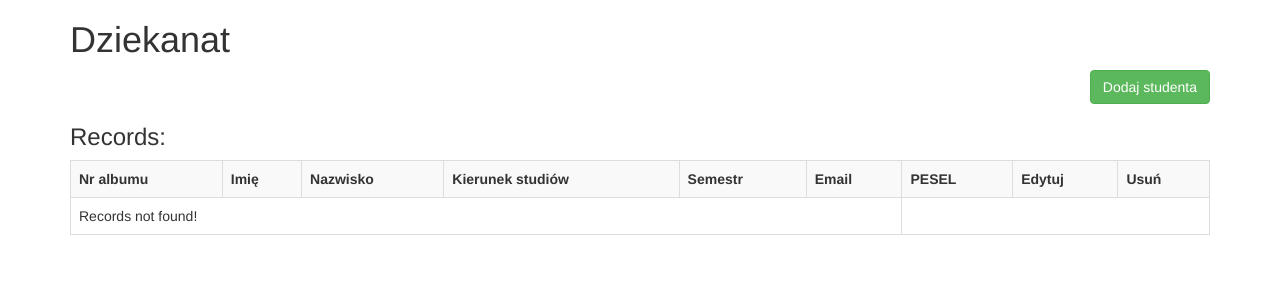
Repository: wojciechDrozd/php
Page: http://localhost/
An editor plug-in stored every save of this project. The page is shown before and after the next save, followed by the edit.
The browser window is 1280 px wide. The pictures show the whole page.
Some web libraries are served in a nearby version. The page is run by PHP 8.4 with error messages shown; the project is at /var/www/html/. Queries for data that is not in the repository find no rows.

Above is the page before, as saved 2017-04-10 19:04:02.

### 1/CRUDexample/index.php
<!DOCTYPE html>
<html lang="en">
<head>
    <meta charset="UTF-8">
    <title>PHP and MySQL CRUD Operations Demo</title>

 <!-- Jquery JS file -->
<script type="text/javascript" src="https://ajax.googleapis.com/ajax/libs/jquery/3.2.1/jquery.min.js"></script>

<!-- Bootstrap JS file -->
<script type="text/javascript" src="https://maxcdn.bootstrapcdn.com/bootstrap/3.3.7/js/bootstrap.min.js"></script>

<!-- Custom JS file -->
<script type="text/javascript" src="js/script.js"></script>
    <!-- Bootstrap CSS File  -->
    <link rel="stylesheet" type="text/css" href="https://maxcdn.bootstrapcdn.com/bootstrap/3.3.7/css/bootstrap.min.css"/>
</head>
<body>

<!-- Content Section -->
<div class="container">
    <div class="row">
        <div class="col-md-12">
            <h1>Dziekanat</h1>
        </div>
    </div>
    <div class="row">
        <div class="col-md-12">
            <div class="pull-right">
                <button class="btn btn-success" data-toggle="modal" data-target="#add_new_record_modal">Dodaj studenta</button>
            </div>
        </div>
    </div>
    <div class="row">
        <div class="col-md-12">
            <h3>Records:</h3>

            <div class="records_content"></div>
        </div>
    </div>
</div>
<!-- /Content Section -->


<!-- Bootstrap Modals -->
<!-- Modal - Add New Record/User -->
<div class="modal fade" id="add_new_record_modal" tabindex="-1" role="dialog" aria-labelledby="myModalLabel">
    <div class="modal-dialog" role="document">
        <div class="modal-content">
            <div class="modal-header">
                <button type="button" class="close" data-dismiss="modal" aria-label="Close"><span aria-hidden="true">&times;</span></button>
                <h4 class="modal-title" id="myModalLabel">Add New Record</h4>
            </div>
            <div class="modal-body">

                <div class="form-group">
                    <label for="first_name">First Name</label>
                    <input type="text" id="first_name" placeholder="First Name" class="form-control"/>
                </div>

                <div class="form-group">
                    <label for="last_name">Last Name</label>
                    <input type="text" id="last_name" placeholder="Last Name" class="form-control"/>
                </div>

                <div class="form-group">
                    <label for="email">Email Address</label>
                    <input type="text" id="email" placeholder="Email Address" class="form-control"/>
                </div>

            </div>
            <div class="modal-footer">
                <button type="button" class="btn btn-default" data-dismiss="modal">Anuluj</button>
                <button type="button" class="btn btn-primary" onclick="addRecord()">Zapisz</button>
            </div>
        </div>
    </div>
</div>
<!-- // Modal -->

<!-- Modal - Update User details -->
<div class="modal fade" id="update_user_modal" tabindex="-1" role="dialog" aria-labelledby="myModalLabel">
    <div class="modal-dialog" role="document">
        <div class="modal-content">
            <div class="modal-header">
                <button type="button" class="close" data-dismiss="modal" aria-label="Close"><span aria-hidden="true">&times;</span></button>
                <h4 class="modal-title" id="myModalLabel">Edytuj</h4>
            </div>
            <div class="modal-body">

                <div class="form-group">
                    <label for="update_first_name">Imię</label>
                    <input type="text" id="update_first_name" placeholder="First Name" class="form-control"/>
                </div>

                <div class="form-group">
                    <label for="update_last_name">Nazwisko</label>
                    <input type="text" id="update_last_name" placeholder="Last Name" class="form-control"/>
                </div>

                <div class="form-group">
                    <label for="update_email">Email</label>
                    <input type="text" id="update_email" placeholder="Email Address" class="form-control"/>
                </div>

            </div>
            <div class="modal-footer">
                <button type="button" class="btn btn-default" data-dismiss="modal">Cancel</button>
                <button type="button" class="btn btn-primary" onclick="UpdateUserDetails()" >Save Changes</button>
                <input type="hidden" id="hidden_user_id">
            </div>
        </div>
    </div>
</div>
<!-- // Modal -->


</body>
</html>

### 1/CRUDexample/ajax/readRecords.php
<?php
// include Database connection file
include("db_connection.php");

// nagłówek tabeli studenci
$data = '<table class="table table-bordered table-striped">
                        <tr>
                            <th>Nr albumu</th>
                            <th>Imię</th>
                            <th>Nazwisko</th>
                            <th>Kierunek studiów</th>
							<th>Semestr</th>
							<th>Email</th>
							<th>PESEL</th>
                            <th>Edytuj</th>
                            <th>Usuń</th>
                        </tr>';

$query = "SELECT * FROM studenci";

if (!$result = mysqli_query($con, $query)) {
	exit(mysqli_error($con));
}

// if query results contains rows then featch those rows
if(mysqli_num_rows($result) > 0)
{
	while($row = mysqli_fetch_assoc($result))
	{
		$data .= '<tr>
                <td>'.$row['nr albumu'].'</td>
                <td>'.$row['imie'].'</td>
                <td>'.$row['nazwisko'].'</td>
                <td>'.$row['kierunek studiow'].'</td>
               	<td>'.$row['semestr'].'</td>
                <td>'.$row['email'].'</td>
                <td>'.$row['pesel'].'</td>
                <td>
                <button onclick="GetUserDetails('.$row['nr albumu'].')" class="btn btn-warning">Edytuj</button>
                </td>
                <td>
                    <button onclick="DeleteUser('.$row['nr albumu'].')" class="btn btn-danger">Usuń</button>
                </td>
            </tr>';
	}
}
else
{
	// records now found
	$data .= '<tr><td colspan="6">Records not found!</td></tr>';
}

$data .= '</table>';

echo $data;
?>

### 1/CRUDexample/ajax/db_connection.php
<?php

// Connection variables
$host = "localhost"; // MySQL host name eg. localhost
$user = "root"; // MySQL user. eg. root ( if your on localserver)
$password = ""; // MySQL user password (if password is not set for your root user then keep it empty )
$database = "dziekanat"; // MySQL Database name

// Connect to MySQL Database
try {
	$con = new mysqli ( $host, $user, $password, $database );
} catch ( Exception $e ) {
	"Connection failed: " . $con->connect_error;
}

?>

### 1/CRUDexample/js/script.js
// Add Record
function addRecord() {
    // get values
    var first_name = $("#first_name").val();
    var last_name = $("#last_name").val();
    var email = $("#email").val();

    // Add record
    $.post("ajax/addRecord.php", {
        first_name: first_name,
        last_name: last_name,
        email: email
    }, function (data, status) {
        // close the popup
        $("#add_new_record_modal").modal("hide");

        // read records again
        readRecords();

        // clear fields from the popup
        $("#first_name").val("");
        $("#last_name").val("");
        $("#email").val("");
    });
}

// READ records
function readRecords() {
    $.get("ajax/readRecords.php", {}, function (data, status) {
        $(".records_content").html(data);
    });
}


function DeleteUser(id) {
    var conf = confirm("Are you sure, do you really want to delete User?");
    if (conf == true) {
        $.post("ajax/deleteUser.php", {
                id: id
            },
            function (data, status) {
                // reload Users by using readRecords();
                readRecords();
            }
        );
    }
}

function GetUserDetails(id) {
    // Add User ID to the hidden field for furture usage
    $("#hidden_user_id").val(id);
    $.post("ajax/readUserDetails.php", {
            id: id
        },
        function (data, status) {
            // PARSE json data
            var user = JSON.parse(data);
            // Assing existing values to the modal popup fields
            $("#update_first_name").val(user.first_name);
            $("#update_last_name").val(user.last_name);
            $("#update_email").val(user.email);
        }
    );
    // Open modal popup
    $("#update_user_modal").modal("show");
}

function UpdateUserDetails() {
    // get values
    var first_name = $("#update_first_name").val();
    var last_name = $("#update_last_name").val();
    var email = $("#update_email").val();

    // get hidden field value
    var id = $("#hidden_user_id").val();

    // Update the details by requesting to the server using ajax
    $.post("ajax/updateUserDetails.php", {
            id: id,
            first_name: first_name,
            last_name: last_name,
            email: email
        },
        function (data, status) {
            // hide modal popup
            $("#update_user_modal").modal("hide");
            // reload Users by using readRecords();
            readRecords();
        }
    );
}

$(document).ready(function () {
    // READ recods on page load
    readRecords(); // calling function
});

After the next save:
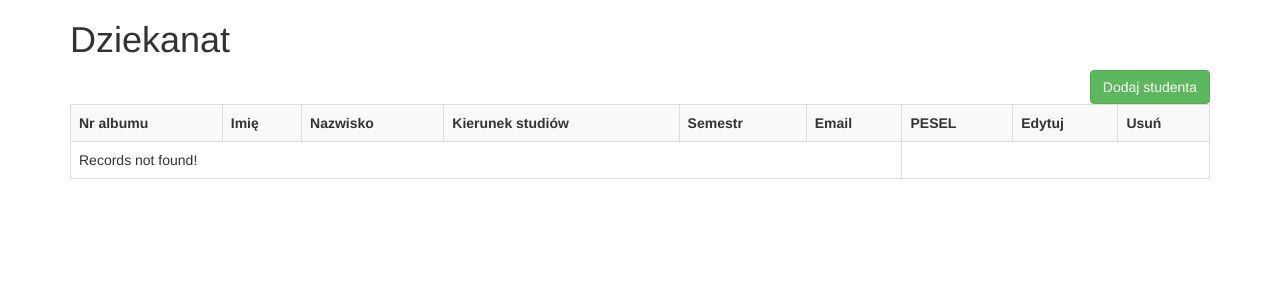
Saved 85 s later.
--- a/1/CRUDexample/index.php
+++ b/1/CRUDexample/index.php
@@ -33,7 +33,6 @@
     </div>
     <div class="row">
         <div class="col-md-12">
-            <h3>Records:</h3>
 
             <div class="records_content"></div>
         </div>
